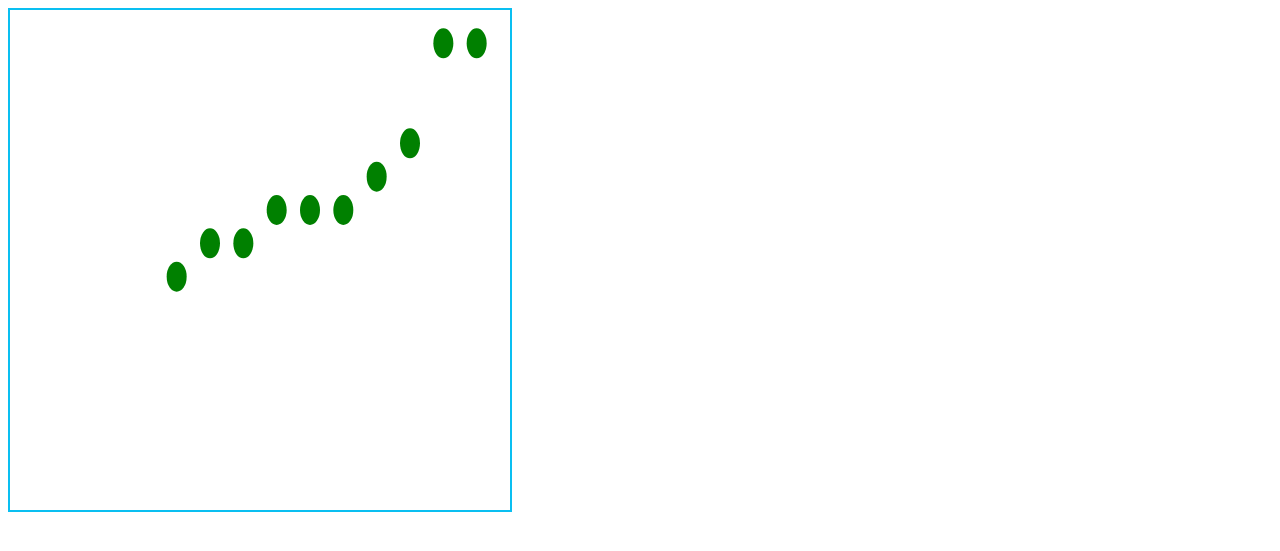
Repository: Jubair-Ahmed-Junjun/js-graphics
Page: Scatter Plots.html
The author's editor kept a copy of each file at every save. The page is drawn from the files as they stood at one save, then again after the next save.
The browser window is 1280 px wide. The pictures show the whole page.

Above is the page before, as saved 2022-08-08 21:48:26.

After the next save:
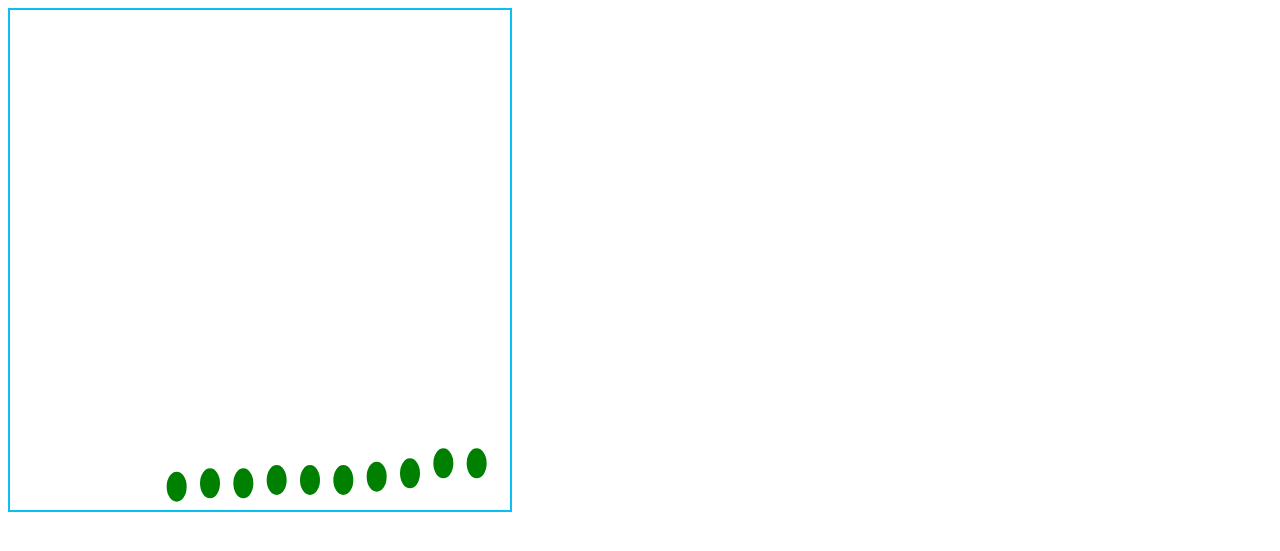
Saved 31 s later.
--- a/Scatter Plots.html
+++ b/Scatter Plots.html
@@ -18,7 +18,7 @@ const yArray = [7,8,8,9,9,9,10,11,14,14,15];
 ctx.fillStyle = "green";
 for (let i = 0; i < xArray.length-1; i++) {
   let x = xArray[i] * xMax/150;
-  let y = yArray[i] * yMax/15;
+  let y = yArray[i] * yMax/150;
   ctx.beginPath();
   ctx.ellipse(x, y, 10, 15, 0, 0, Math.PI * 2);
 
